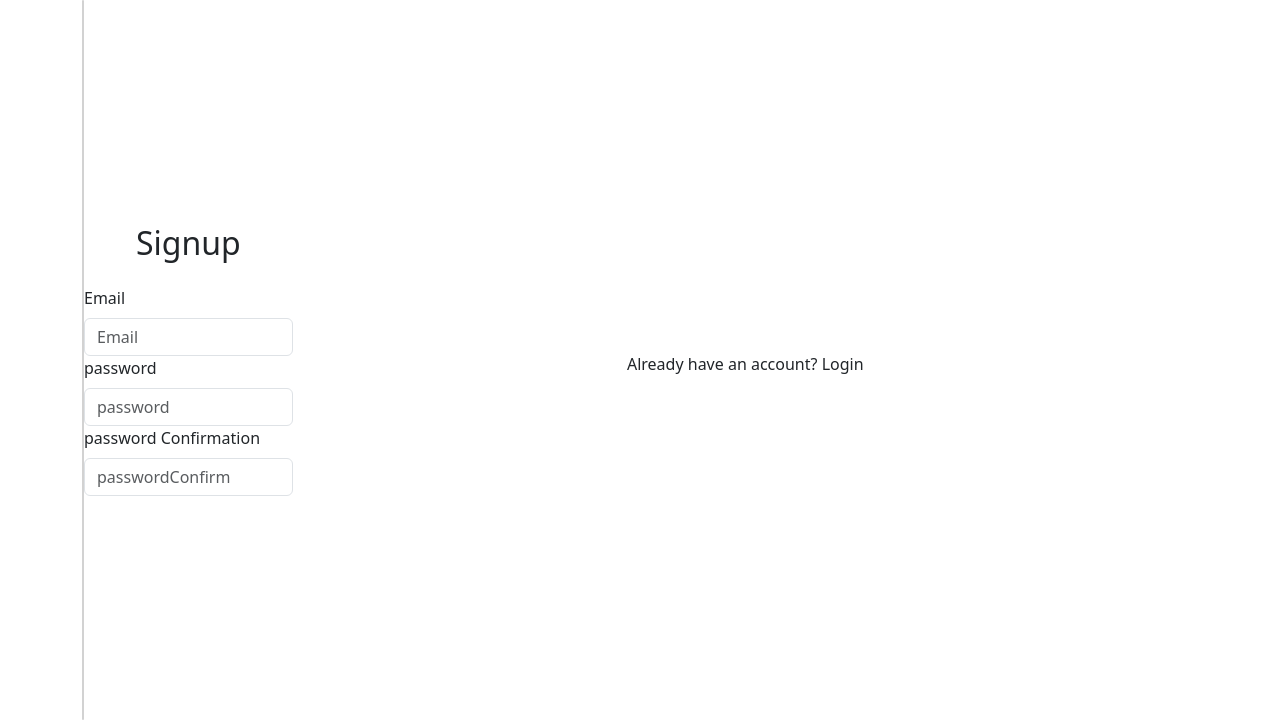
Repository: NDISHAW/kibagareacademycenter
Page: / (app in news/)
An editor plug-in stored every save of this project. The page is shown before and after a run of saves, followed by the edit.
The browser window is 1280 px wide. The pictures show the whole page.
The project was rebuilt for these pictures with package versions that can differ from the ones it lists, and the page was loaded fresh each time.

Above is the page before, as saved 2022-05-29 14:13:50.

After the next 3 saves:
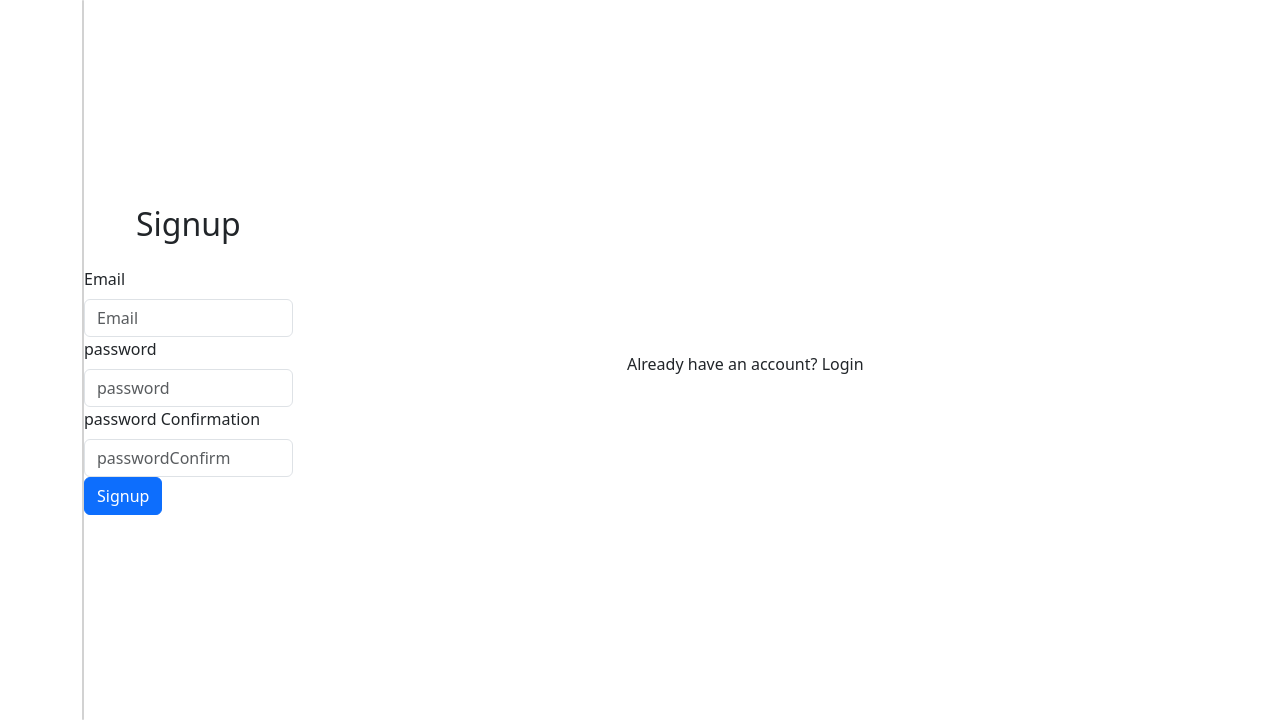
The 3 saves are shown as one change because they came seconds apart.
The last was saved 19 s later.
--- a/news/src/Components/Signup.js
+++ b/news/src/Components/Signup.js
@@ -27,6 +27,7 @@ function Signup() {
                 <Form.Label>password Confirmation</Form.Label>
                 <Form.Control type="passwordConfirm" placeholder="passwordConfirm" ref={passwordConfirmRef} required />
             </Form.Group>
+            <button className="btn btn-primary btn-block">Signup</button>
         </form>
         </Card.Body>
       <div className="w-100 text-center mt-2">
